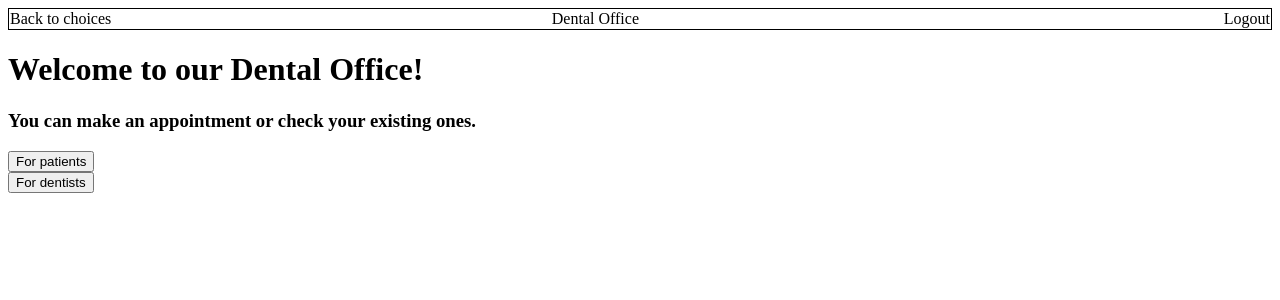
Repository: ThEgIGN/DentalOfficeWebApplication
Page: http://localhost/DentalOfficeWEB/
These files come from the project's save history. The page is drawn as it stood at one moment and after the next save; the edit follows.
The browser window is 1280 px wide. The pictures show the whole page.
The page is served by Tomcat 9. Nobody is signed in. The application's start-up code is not run.

Above is the page before, as saved 2023-06-16 10:08:07.

After the next save:
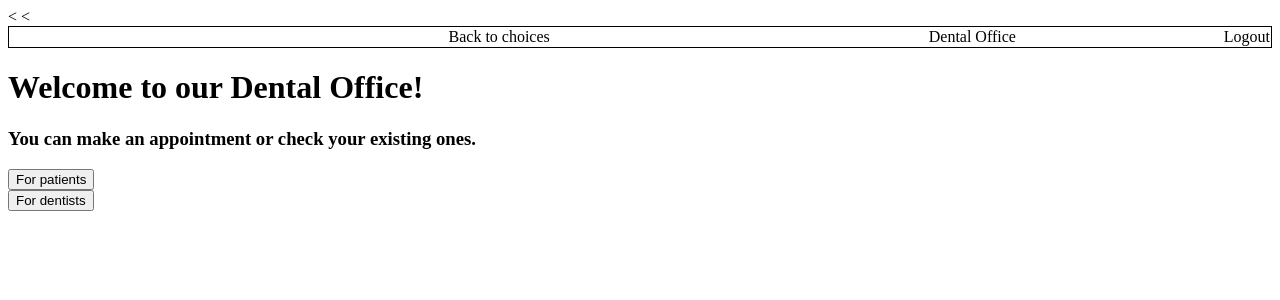
Saved 14 s later.
--- a/DentalOfficeProject/DentalOfficeWEB/src/main/webapp/index.jsp
+++ b/DentalOfficeProject/DentalOfficeWEB/src/main/webapp/index.jsp
@@ -9,8 +9,8 @@
 <body>
 	<table style="width: 100%;border-collapse: collapse;border: 1px solid;">
 		<tr>
-			<td>Back to choices</td>
-			<td>Dental Office</td>
+			<<td style="text-align:right">Back to choices</td>
+			<<td style="text-align:right">Dental Office</td>
 			<td style="text-align:right">Logout</td>
 		</tr>
 	</table>
